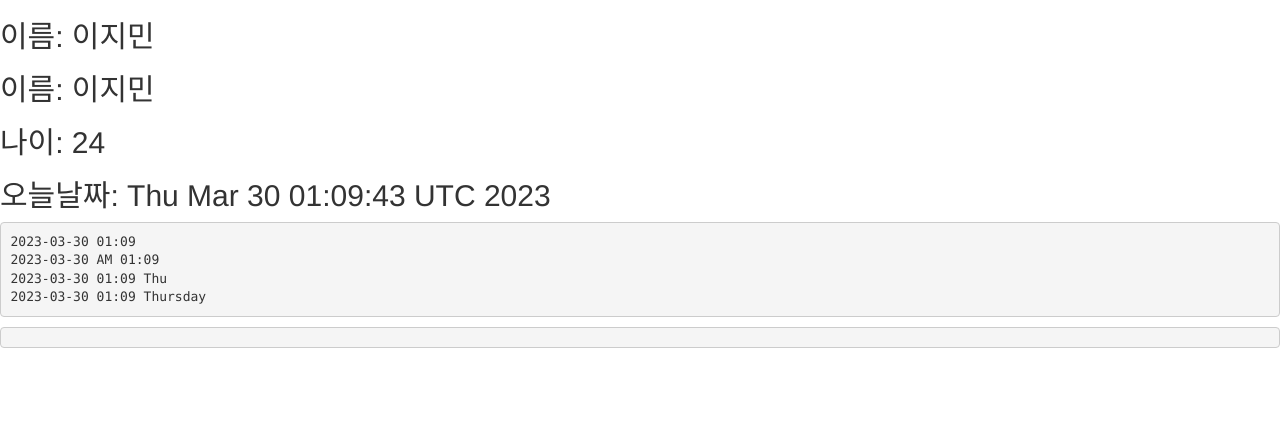
Repository: jungbee2/jungproject
Page: http://localhost/JstlProject/day0330/ex2_jstl_format.jsp
The author's editor kept a copy of each file at every save. The page is drawn from the files as they stood at one save, then again after the next save.
The browser window is 1280 px wide. The pictures show the whole page.
Some web fonts or font styles are not loaded; a fallback is used. The page is served by Tomcat 9. Other server files are loaded and not shown.

Above is the page before, as saved 2023-03-30 01:32:42.

### JstlProject/src/main/webapp/day0330/ex2_jstl_format.jsp
<%@page import="java.util.Date"%>
<%@ page language="java" contentType="text/html; charset=utf-8"
	pageEncoding="utf-8"%>
<%@ taglib uri="http://java.sun.com/jsp/jstl/core" prefix="c"%>
<%@ taglib uri="http://java.sun.com/jsp/jstl/fmt" prefix="fmt"%>
<!DOCTYPE html>
<html>
<head>
<meta charset="utf-8">
<title>Insert title here</title>

<link
	href="https://fonts.googleapis.com/css2?family=Anton&family=Edu+VIC+WA+NT+Beginner:wght@600&family=Gamja+Flower&family=Single+Day&family=Jua&family=Nanum+Pen+Script&display=swap"
	rel="stylesheet">
<link rel="stylesheet"
	href="https://maxcdn.bootstrapcdn.com/bootstrap/3.4.1/css/bootstrap.min.css">
<script src="https://code.jquery.com/jquery-3.6.3.js"></script>

</head>

<body>
<!-- 변수선언 -->
<c:set var="name" value="이지민"></c:set>
<c:set var="age" value="24"></c:set>
<c:set var="today" value="<%=new Date() %>"/>

<!-- 변수출력 -->
<!-- c:out이 변수출력인데 생략가능 -->
<h2>이름: <c:out value="${name }"/></h2>
<h2>이름: ${name }</h2>
<h2>나이: ${age }</h2>
<h2>오늘날짜: ${today }</h2>

<!-- pattern을 이용한 fmt날짜 형식 -->
<pre>
<fmt:formatDate value="${today }" pattern="yyyy-MM-dd HH:mm"/>
<fmt:formatDate value="${today }" pattern="yyyy-MM-dd a hh:mm"/>
<fmt:formatDate value="${today }" pattern="yyyy-MM-dd HH:mm EEE"/>
<fmt:formatDate value="${today }" pattern="yyyy-MM-dd HH:mm EEEE"/>
</pre>

<c:set var="money" value="6789000"></c:set>
<c:set var="num1" value="123.45678"></c:set>

<!-- jstl에서의 숫자출력양식 -->
<pre>
</pre>
</body>
</html>

After the next save:
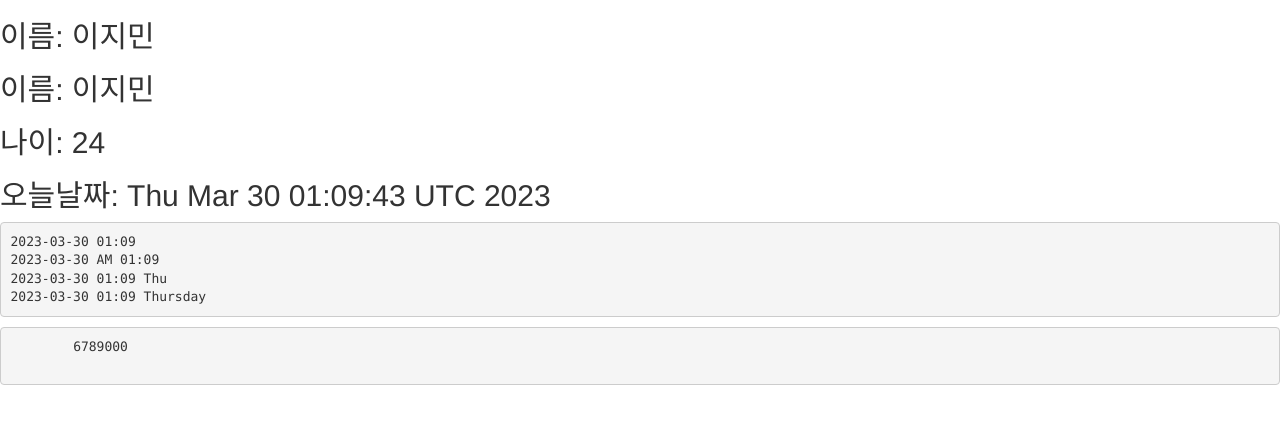
Saved 19 s later.
--- a/JstlProject/src/main/webapp/day0330/ex2_jstl_format.jsp
+++ b/JstlProject/src/main/webapp/day0330/ex2_jstl_format.jsp
@@ -44,6 +44,8 @@
 
 <!-- jstl에서의 숫자출력양식 -->
 <pre>
+	${money }
+
 </pre>
 </body>
 </html>
